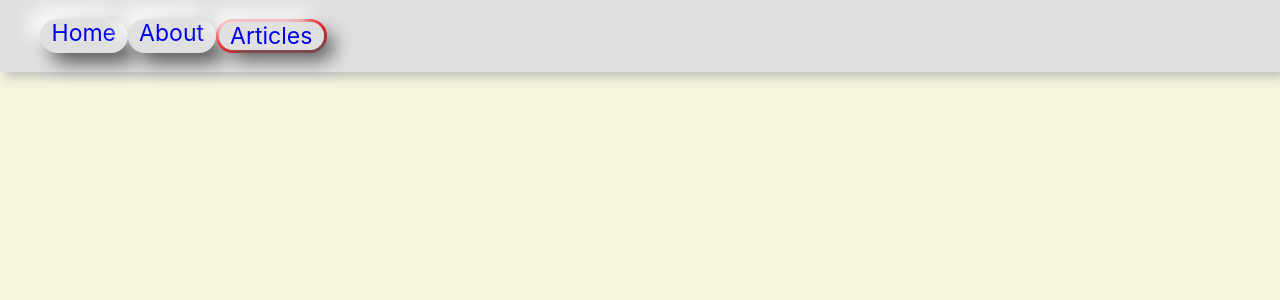
Repository: ShindanoSingi/react-software-architecture-course
Page: /articles
The author's editor kept a copy of each file at every save. The page is drawn from the files as they stood at one save, then again after the next save.
The browser window is 1280 px wide. The pictures show the whole page.
The project was rebuilt for these pictures with package versions that can differ from the ones it lists, and the page was loaded fresh each time. Also part of the build but not shown: src/pages/Home.js, src/pages/About.js.

Above is the page before, as saved 2022-12-25 20:35:10.

### src/App.js
import './App.css';
import { Routes, Route, NavLink } from 'react-router-dom';
import Home from './pages/Home';
import About from './pages/About';
import Articles from './pages/Articles';


function App() {

  return (
    <>
      <nav className='nav-bar'>
      <ul className='list-container'>
        <NavLink to='/' className={({isActive}) => isActive ? "is-active" : null}>
          <li className='home'>Home</li>
        </NavLink>

        <NavLink to='/about' className={({isActive}) => isActive ? "is-active" : null}>
          <li className='about'>About</li>
        </NavLink>

        <NavLink to='/articles' className={({isActive}) => isActive ? "is-active" : null}>
          <li className='articles'>Articles</li>
        </NavLink>
      </ul>
    </nav>
      <Routes>
        <Route path='/' element={<Home />}/>
        <Route path='about' element={<About />}/>
        <Route path='articles' element={<Articles />}/>
      </Routes>
    </>
  );
}

export default App;

### src/App.css
h1 {
    text-align: center;
    margin: 0rem;
    padding: 0.5em;
}

.home,
.about,
.articles {
    border-radius: 205px;
    background: #e0e0e0;
    box-shadow: 10px 10px 19px #5a5a5a,
        -10px -10px 19px #ffffff;
        padding: 0 0.5em;
}



.is-active {
   border: 3px solid red;
   border-radius: 205px;
}

.list-container,
a {
    font-size: 1.2em;
    list-style: none;
    text-decoration: none;
    display: flex;
}

.nav-bar {
    position: fixed;
    width: 100%;
    top: 0;
    border-radius: 0px;
    background: #e0e0e0;
    box-shadow: 5px 5px 10px #bebebe,
        -5px -5px 10px #ffffff;
}

.container {
    max-width: 80em;
    background-color: beige;
    margin: 0 auto;
    height: 100vh;
}

### src/pages/Articles.js
import React from 'react'

function Articles() {
  return (
    <div className='container'>
      <h1>Articles</h1>
    </div>
  )
}

export default Articles

Loaded but not shown: public/index.html (common file); src/index.js (common file); src/index.css (common file); src/reportWebVitals.js (common file)

After the next save:
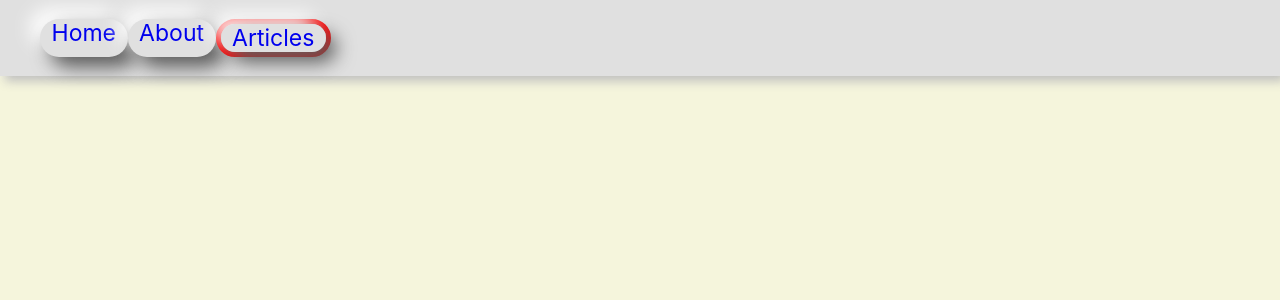
Saved 6 s later.
--- a/src/App.css
+++ b/src/App.css
@@ -17,7 +17,7 @@ h1 {
 
 
 .is-active {
-   border: 3px solid red;
+   border: 5px solid red;
    border-radius: 205px;
 }
 
